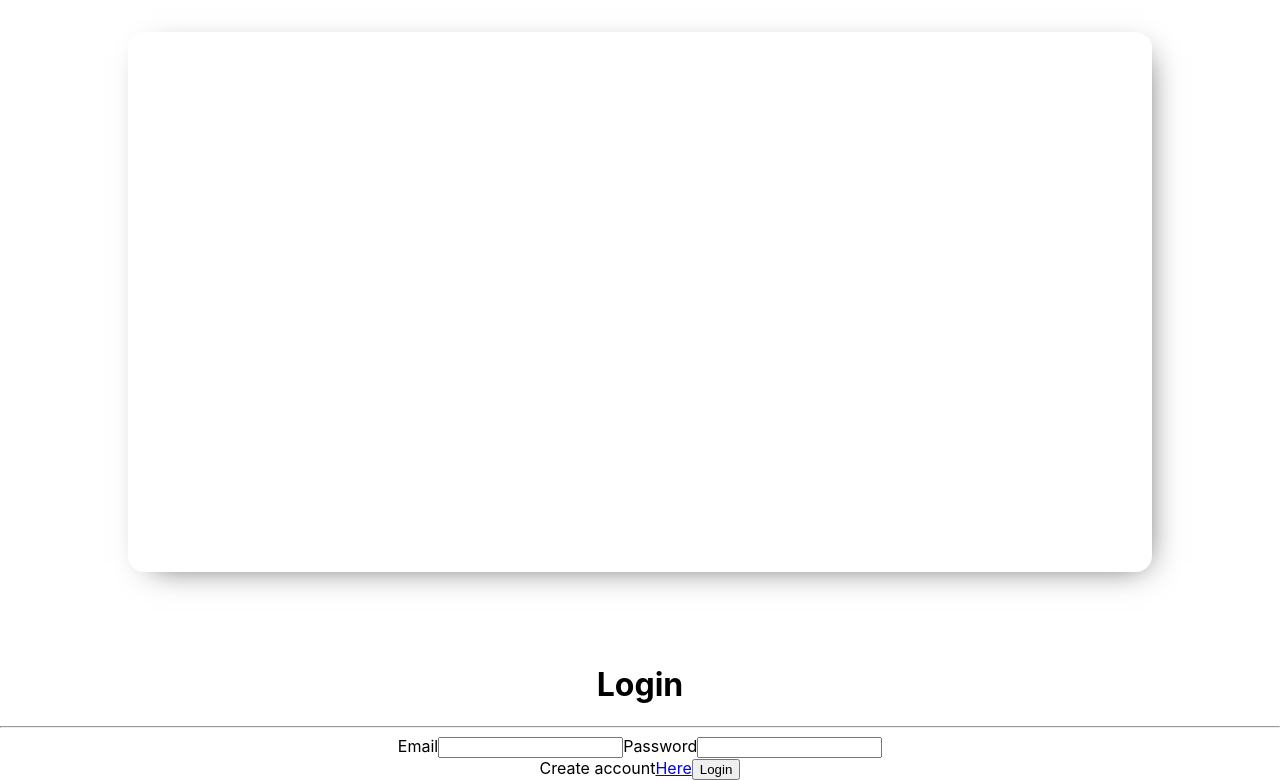
Repository: TendaniSadiki/revelation-e-commerce
Page: /login
The author's editor kept a copy of each file at every save. The page is drawn from the files as they stood at one save, then again after the next save.
The browser window is 1280 px wide. The pictures show the whole page.
The project was rebuilt for these pictures with package versions that can differ from the ones it lists, and the page was loaded fresh each time. Also part of the build but not shown: src/Components/Navbar.css, src/Components/Navbar.js, src/Components/CardStyle.css, src/Components/IndividualProduct.js, src/Components/Products.js, src/Components/IndividualCartProduct.js, src/Components/CartProduct.js, src/Components/Home.js and 8 more. Imported but missing from the stored project, and not drawn on this page: src/Components/Pages/Sale/Sale.

Above is the page before, as saved 2022-11-10 15:12:13.

### src/App.js
import logo from './logo.svg';
import './App.css';
import { Home } from './Components/Home';
import {BrowserRouter,Routes,Route} from 'react-router-dom'
import { Login } from './Components/Login';
import { Signup } from './Components/Signup';
import { NotFound } from './Components/NotFound';

import { Cart } from './Components/Cart';
import { AddProduct } from './Components/AddProduct';
import ProductView from './Components/ProductView';
import Sale from './Components/Pages/Sale/Sale';
import Summer from './Components/Pages/Summer/Summer';
import Winter from './Components/Pages/Sale/Sale';
import Accessories from './Components/Pages/Accessories/Accessories';



function App() {
  return (
    <div className="App">
      <BrowserRouter>

      <Routes>
        <Route path="/" element={<Home/>}/>
        <Route path="/login" element={<Login/>}/>
        <Route path ="/signup" element={<Signup/>}/>
        <Route path ="/cart" element={<Cart/>}/>
        <Route path = '/add-product' element={<AddProduct/>}/>
        <Route path = '/product-view' element={<ProductView/>}/>
        <Route path ='/sale' element={<Sale/>}/>
        <Route path = '/summer' element={<Summer/>}/>
        <Route path = '/winter' element={<Winter/>}/>
        <Route path = '/accessories' element={<Accessories/>} />



      </Routes>
      </BrowserRouter>


    </div>
  );
}

export default App;

### src/Components/Login.js
import React,{useState} from 'react'
import fire from '../Config/Config';
import {Link, useNavigate} from 'react-router-dom'
import './Login.css'
export const Login = () => {
    const navigate = useNavigate();
    const [email ,setEmail] = useState("");
    const [password, setPassword]= useState("");
    const [errorMsg ,setErrorMsg] = useState("");
    const [succcessMsg, setSuccessMsg]= useState("");


    const handleLogin=(e)=>{
        e.preventDefault()
        fire.auth().signInWithEmailAndPassword(email,password).then((credentials)=>{
            console.log(credentials)
                setSuccessMsg("Login Successfull. You will be redirected to Home")

                setEmail("");
                setPassword("");
                setErrorMsg("");
              setTimeout(()=>{
                setSuccessMsg("");
                navigate("/")
              },3000)

            })


    }

  return (
    <div className="main-Login">
       <div className="login-contain"></div>
    <br></br>
    <br></br>
    <h1>Login</h1>
    <hr></hr>
    {succcessMsg&& <>
    <div className='success-msg'>{succcessMsg}</div>
    <br></br>
    </>}
    <form className='form-group' autoComplete='off' onSubmit={handleLogin}>

        <lable>Email</lable>
        <input type='email' className='form-control' required onChange={(e)=>setEmail(e.target.value)} value={email}/>
        <lable>Password</lable>
        <input type='password' className='form-control' required onChange={(e)=>setPassword(e.target.value)} value={password}/>
        <br></br>
       <div className='btn-box'>
        <span>Create account
            <Link to="/signup" className="text">Here</Link></span>
            <button type='submit' className="login-btn">Login</button>
       </div>
    </form>
    {errorMsg&& <>
        <div className='error-msg'>{errorMsg}</div>
        <br></br>
    </>}
    </div>
  )
}

### src/Config/Config.js
import firebase from 'firebase/compat/app';
import 'firebase/compat/auth';
import 'firebase/compat/firestore';
import 'firebase/compat/storage'
const config = {
    // apiKey: "AIzaSyB8CB9NLa1vbsREct9x7r2QWNzl0fXx3YA",
    // authDomain: "apparelbase-76671.firebaseapp.com",
    // projectId: "apparelbase-76671",
    // storageBucket: "apparelbase-76671.appspot.com",
    // messagingSenderId: "101281494605",
    // appId: "1:101281494605:web:acb62d132a8456585d8e04",
    // measurementId: "G-S25VVVM4TB"
    apiKey: "AIzaSyDG8_Lz9ggCm-gA1UM6TftJoSnTX7m-NWw",
    authDomain: "revelationapp-390bd.firebaseapp.com",
    databaseURL: "https://revelationapp-390bd-default-rtdb.firebaseio.com",
    projectId: "revelationapp-390bd",
    storageBucket: "revelationapp-390bd.appspot.com",
    messagingSenderId: "465444417647",
    appId: "1:465444417647:web:d4d93f9638925eab26dd9a"
};


const fire = firebase.initializeApp(config);
export const storage  = fire.storage();
export const db = fire.firestore();
export const auth = fire.auth()

export default fire;

### src/Components/Login.css


.main-login{
    min-height: 100vh;
    min-width: 100vw;
    overflow-x:hidden ;
    background: linear-gradient(to right, rgba(255,255,255) 50% );

}

.login-contain{
        height: 75vh;
        width: 80%;
        background: linear-gradient(to right bottom, rgba(236,236,236. 0.7), rgba(236,236,236, 0.3));
        border-radius: 1rem;
        margin: 2rem auto;
        box-shadow: 0.5rem 0.5rem 2rem -1rem rgb(57, 57, 57);
        display: flex;
        justify-content: center;
        align-items: center;
}

.left-side{
    margin: 2rem 2rem;
    box-shadow: 0.5rem 0.5rem 2rem -1rem rgb(58, 57, 57);
    height: 80%;
    width: 100%;
}
.right-side{
    margin: 2rem 2rem;
    box-shadow: 0.5rem 0.5rem 2rem -1rem rgb(58, 57, 57);
    height: 80%;
    width: 100%;
}

Loaded but not shown: public/index.html (common file); src/index.js (common file); src/index.css (common file); src/reportWebVitals.js (common file); src/App.css (common file)

After the next save:
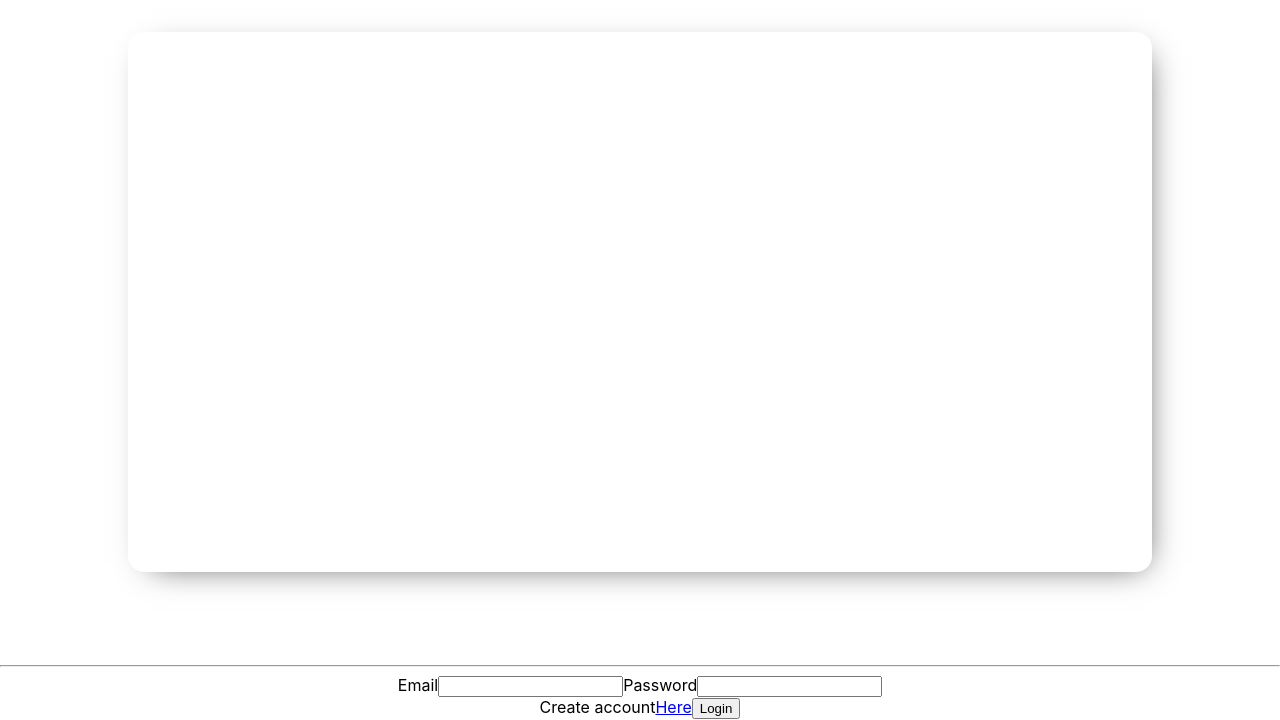
Saved 46 s later.
--- a/src/Components/Login.js
+++ b/src/Components/Login.js
@@ -34,7 +34,7 @@ export const Login = () => {
        <div className="login-contain"></div>
     <br></br>
     <br></br>
-    <h1>Login</h1>
+    <h1></h1>
     <hr></hr>
     {succcessMsg&& <>
     <div className='success-msg'>{succcessMsg}</div>
